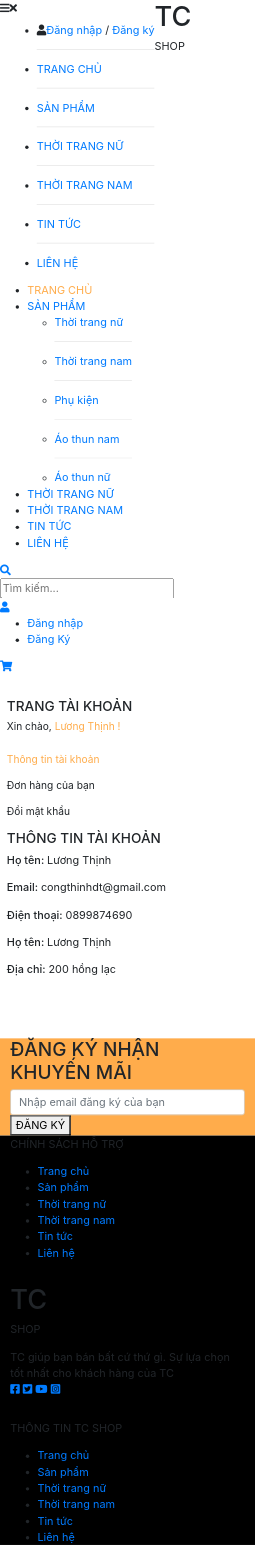
Repository: congthinh1701/TCshop
Page: ThongTinTaiKhoan.html
An editor plug-in stored every save of this project. The page is shown before and after the next save, followed by the edit.
The browser window is 375 px wide. The page is 385 px wide, so the pictures cover 385 px, including what lies to the right of the window. The pictures show the whole page, at 68% of full size.
The style sheet was rebuilt from its Sass, Less or Tailwind sources for each picture, by a compiler version that may differ from the author's.

Above is the page before, as saved 2021-09-08 17:35:00.

### ThongTinTaiKhoan.html
<!DOCTYPE html>
<html lang="en">
<head>
    <meta charset="UTF-8">
    <meta http-equiv="X-UA-Compatible" content="IE=edge">
    <meta name="viewport" content="width=device-width, initial-scale=1.0">
    <title>Document</title>
    <link rel="stylesheet" href="fontawesome-free-5.15.4-web/css/all.css">
    <link rel="stylesheet" href="sass/style.css">
</head>
<body>
    <div id="headerID"> <!-- your header --> </div>
    <div class="container admin">
        <div class="trang-tai-khoan">
            <h5>TRANG TÀI KHOẢN</h5>
            <div class="trang-tai-khoan-hello left ">
                <p>Xin chào, <span>Lương Thịnh !</span></p>
            </div>
            <div class="trang-tai-khoan-thong-tin left active">
                <p>Thông tin tài khoản</p>
            </div>
            <div class="trang-tai-khoan-hello left">
                <p>Đơn hàng của bạn</p>
            </div>
            <div class="trang-tai-khoan-hello left">
                <p>Đổi mật khẩu</p>
            </div>
        </div>
        <div class="thong-tin-tai-khoan">
            <h5>THÔNG TIN TÀI KHOẢN</h5>
            <div class="thong-tin-tai-khoan-name">
                <p><span>Họ tên: </span>Lương Thịnh</p>
                <p><span>Email: </span>congthinhdt@gmail.com</p>
                <p><span>Điện thoại: </span>0899874690</p>
                <p><span>Họ tên: </span>Lương Thịnh</p>
                <p><span>Địa chỉ: </span>200 hồng lạc</p>
            </div>
        </div>
    </div>
    <div id="footerID"> <!-- your header --> </div>
    <script src="https://cdnjs.cloudflare.com/ajax/libs/jquery/3.6.0/jquery.min.js" integrity="sha512-894YE6QWD5I59HgZOGReFYm4dnWc1Qt5NtvYSaNcOP+u1T9qYdvdihz0PPSiiqn/+/3e7Jo4EaG7TubfWGUrMQ==" crossorigin="anonymous" referrerpolicy="no-referrer"></script>
    <script>
        $("#headerID").load("header.html");
        $("#footerID").load("footer.html");
      </script>
</body>
</html>

### header.html
<!DOCTYPE html>
<html lang="en">
<head>
    <meta charset="UTF-8">
    <meta http-equiv="X-UA-Compatible" content="IE=edge">
    <meta name="viewport" content="width=device-width, initial-scale=1.0">
    <title>Document</title>
    <link rel="stylesheet" href="assets/css/style.css">
    <link rel="stylesheet" href="assets/css/base.css">
    <link rel="stylesheet" href="fontawesome-free-5.15.4-web/css/all.css">
    <link rel="stylesheet" href="https://maxcdn.bootstrapcdn.com/bootstrap/4.1.3/css/bootstrap.min.css">
    <script src="https://maxcdn.bootstrapcdn.com/bootstrap/4.1.3/js/bootstrap.min.js"></script>
</head>
<body>
    <div class="container-lg">
        <div class="nav">
            <label for="nav-mobile-input" class="nav_bars-btn">
                <i class="fas fa-bars"></i>
            </label>

            <input hidden type="checkbox" name="" class="nav_input" id="nav-mobile-input">
            <label for="nav-mobile-input" class="nav_overlay"></label>
            <nav class="nav-mobile">
                <label for="nav-mobile-input" class="nav__mobile-close">
                    <i class="fas fa-times"></i>
                </label>
                <ul class="nav__mobile-list">

                    <li class="nav__mobile-list-user">

                        <p><i class="fas fa-user"></i><a href="#">Đăng nhập</a> <span>/</span> <a href="#">Đăng ký</a>
                        </p>
                    </li>
                    <hr>
                    <li>
                        <a href="" class="nav__mobile-link">TRANG CHỦ</a>
                    </li>
                    <hr>
                    <li>
                        <a href="" class="nav__mobile-link">SẢN PHẨM</a>
                    </li>
                    <hr>
                    <li>
                        <a href="" class="nav__mobile-link">THỜI TRANG NỮ</a>
                    </li>
                    <hr>
                    <li>
                        <a href="" class="nav__mobile-link">THỜI TRANG NAM</a>
                    </li>
                    <hr>
                    <li>
                        <a href="" class="nav__mobile-link">TIN TỨC</a>
                    </li>
                    <hr>
                    <li>
                        <a href="" class="nav__mobile-link">LIÊN HỆ</a>
                    </li>
                </ul>
            </nav>
            <div class="nav-logo">
                <h1>TC</h1>
                <p>SHOP</p>
            </div>
            <nav class="nav-pc">
                <ul class="nav__list">
                    <li>
                        <a style="color:#ffac4b" href="home.html" class="nav__link">TRANG CHỦ</a>
                    </li>
                    <li class="options">
                        <a href="" class="nav__link">SẢN PHẨM</a>
                        <div class="nav__link-options">
                            <ul class="nav__link-options-list">
                                <li><a href="#">Thời trang nữ</a></li>
                                <hr>
                                <li><a href="#">Thời trang nam</a></li>
                                <hr>
                                <li><a href="#">Phụ kiện</a></li>
                                <hr>
                                <li><a href="#">Áo thun nam</a></li>
                                <hr>
                                <li><a href="#">Áo thun nữ</a></li>
                            </ul>
                        </div>
                    </li>
                    <li>
                        <a href="" class="nav__link">THỜI TRANG NỮ</a>
                    </li>
                    <li>
                        <a href="" class="nav__link">THỜI TRANG NAM</a>
                    </li>
                    <li>
                        <a href="" class="nav__link">TIN TỨC</a>
                    </li>
                    <li>
                        <a href="" class="nav__link">LIÊN HỆ</a>
                    </li>
                </ul>
            </nav>
            <div class="nav-right">
                <div class="search">
                    <a href="#"><i class="fas fa-search"></i></a>
                    <div class="search-hover">
                        <form>
                            <input class="search" type="text" name="search" placeholder="Tìm kiếm..." />
                        </form>
                    </div>
                </div>
                <div class="user">
                    <a href="#"> <i class="fas fa-user"></i></a>
                    <div class="user-hover">
                        <ul class="user-hover-list">
                            <li class="nav_link"><a href="#">Đăng nhập</a></li>
                            <li><a href="#">Đăng Ký</a></li>
                        </ul>
                    </div>
                </div>
                <div class="shopping">
                    <a href="card.html"><i class="fas fa-shopping-cart"></i></a>

                </div>
            </div>


        </div>
    </div>
</body>
</html>

### footer.html
<!DOCTYPE html>
<html lang="en">
<head>
    <meta charset="UTF-8">
    <meta http-equiv="X-UA-Compatible" content="IE=edge">
    <meta name="viewport" content="width=device-width, initial-scale=1.0">
    <title>Document</title>
    <link rel="stylesheet" href="assets/css/style.css">
    <link rel="stylesheet" href="assets/css/base.css">
    <link rel="stylesheet" href="fontawesome-free-5.15.4-web/css/all.css">
    <link rel="stylesheet" href="https://maxcdn.bootstrapcdn.com/bootstrap/4.1.3/css/bootstrap.min.css">
    <script src="https://maxcdn.bootstrapcdn.com/bootstrap/4.1.3/js/bootstrap.min.js"></script>
</head>
<body>
    <div class="container-lg" style="background-color: #ffac4b; margin-top: 50px;">
        <div class="container dangky">
            <div class="dangky-left">
                <h3>ĐĂNG KÝ NHẬN KHUYẾN MÃI</h3>
            </div>
            <div class="dangky-right">
                <form>
                    <input class="form-control" type="text" placeholder="Nhập email đăng ký của bạn">
                    <button type="button">ĐĂNG KÝ</button>
                </form>
            </div>
        </div>
    </div>

    <div class="container-lg" style="background-color: black">
        <div class="container footer">
            <div class="chinhsach-hotro">
                <p class="header">CHÍNH SÁCH HỖ TRỢ</p>
                <ul class="nav-list">
                    <li class="nav_link"><a href="#">Trang chủ</a></li>
                    <li class="nav_link"><a href="#">Sản phẩm</a></li>
                    <li class="nav_link"><a href="#">Thời trang nữ</a></li>
                    <li class="nav_link"><a href="#">Thời trang nam</a></li>
                    <li class="nav_link"><a href="#">Tin tức</a></li>
                    <li class="nav_link"><a href="#">Liên hệ</a></li>
                </ul>
            </div>
            <hr>
            <div class="ketnoi-shop">
                <h1>TC</h1>
                <p>SHOP</p>
                <span>TC giúp bạn bán bất cứ thứ gì. Sự lựa chọn tốt nhất cho khách hàng của TC</span>
                <div class="mangxahoi">
                    <a href="#"><i class="fab fa-facebook-square"></i></a>
                    <a href="#"><i class="fab fa-twitter-square"></i></a>
                    <a href="#"><i class="fab fa-youtube"></i></a>
                    <a href="#"><i class="fab fa-instagram-square"></i></a>
                </div>
            </div>
            <hr>
            <div class="thongtin-shop">
                <p class="header">THÔNG TIN TC SHOP</p>
                <ul class="nav-list">
                    <li class="nav_link"><a href="#">Trang chủ</a></li>
                    <li class="nav_link"><a href="#">Sản phẩm</a></li>
                    <li class="nav_link"><a href="#">Thời trang nữ</a></li>
                    <li class="nav_link"><a href="#">Thời trang nam</a></li>
                    <li class="nav_link"><a href="#">Tin tức</a></li>
                    <li class="nav_link"><a href="#">Liên hệ</a></li>
                </ul>
            </div>
        </div>
    </div>
</body>
</html>

### assets/css/base.css
:root{
    --primary-color:#EE4D2D;
    --primary-color-rgba:rgb(238,75,43);
    --white-color:#fff;
    --black-color:#000;
    --text-color:#333333;
    --font-weight:700;
    --font-size-product:19px;
    --font-weight-product:400;
    --font-size-price:18px;
    --header-height:120px;
    --navbar-height:34px;
    --header-with-search-height:calc(var(var(--header-height)-var(var(--navbar-height))))

}

### sass/style.scss

$text-fontSize:17px;
$text-fontSizeTK:19px;
$fontWeight:500;

.admin{
    display:flex;
    --columns:2;
    margin-top: 50px;
    @media (max-width: 923px) {
        --columns:1;
        display:unset;
        margin-top: 40px;
        .trang-tai-khoan{
            width: calc(100% / var(--columns));
            margin: 50px;
        }
        .thong-tin-tai-khoan{
            width: calc(100% / var(--columns));
            margin: 50px;
        }
    }
    @media (max-width: 623px) {
        .trang-tai-khoan{
            width: calc(100% / var(--columns));
            margin: 10px;
            p{
                font-size: 15px;
            }
        }
        .thong-tin-tai-khoan{
            width: calc(100% / var(--columns));
            margin: 10px;
            p{
                font-size: 16px;
            }
        }

    }
}
.trang-tai-khoan{
    width: calc(100% / var(--columns) - 20%);
    p{
        font-size: $text-fontSize;
        &:hover{
            color: #ffac4b;
        }
        span{
            color: #ffac4b;
        }
    }
    &-thong-tin{
        margin-top:25px
    }
    .active {
        color: #ffac4b;
    }
}
.thong-tin-tai-khoan{
    width: calc(100% / var(--columns) + 20%);
    p{
        font-size: $text-fontSizeTK;
        span{
            font-weight: $fontWeight;
        }
    }
}

Loaded but not shown: fontawesome-free-5.15.4-web/css/all.css (library)

After the next save:
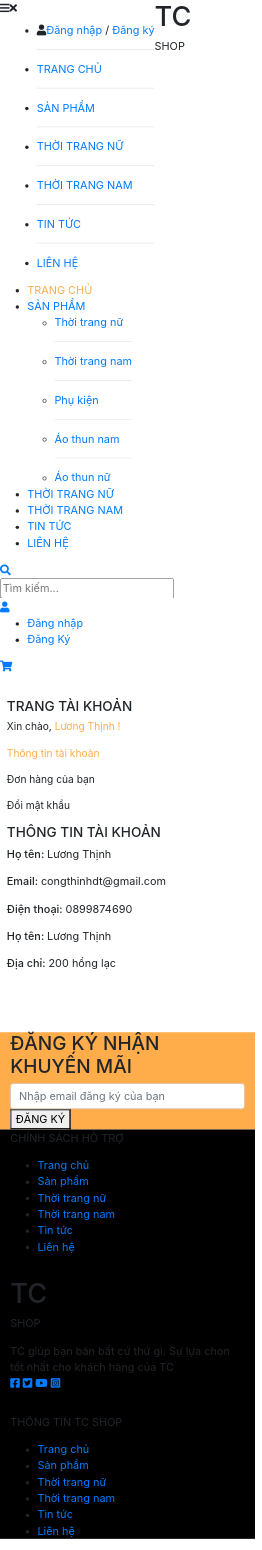
Saved 34 s later.
--- a/sass/style.scss
+++ b/sass/style.scss
@@ -26,6 +26,9 @@ $fontWeight:500;
             margin: 10px;
             p{
                 font-size: 15px;
+            }
+            &-thong-tin{
+                margin-top:15px
             }
         }
         .thong-tin-tai-khoan{
